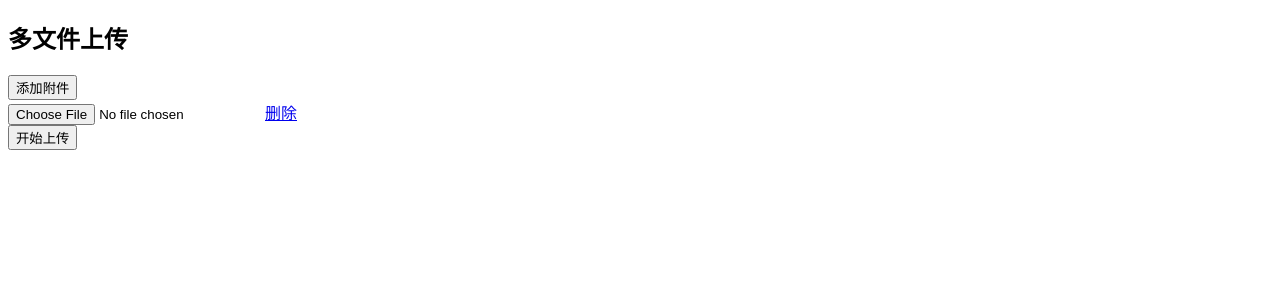
Repository: iamsongpeng/java-web-demo
Page: http://localhost/java-web-demo-upload-01/manyFileUpload.jsp
An editor plug-in stored every save of this project. The page is shown before and after the next save, followed by the edit.
The browser window is 1280 px wide. The pictures show the whole page.
After loading, the first visible `input` was clicked once.
The page is served by Tomcat 9.

Above is the page before, as saved 2017-06-12 04:34:41.

After the next save:
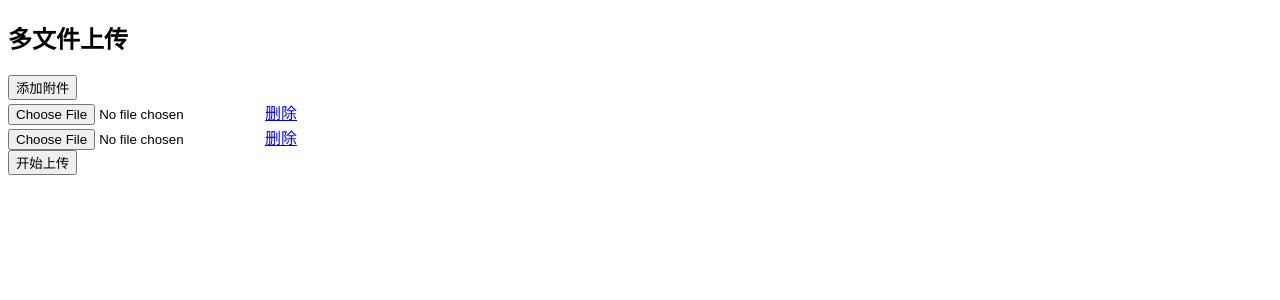
Saved 6 s later.
--- a/java-web-demo-upload-01/WebContent/manyFileUpload.jsp
+++ b/java-web-demo-upload-01/WebContent/manyFileUpload.jsp
@@ -8,7 +8,7 @@
 <script type="text/javascript">
 	function addItem() {
 		var uploadDiv = document.getElementById("uploadDiv");
-		uploadDiv.innerHTML = '<div> <input type="file" name="uploadfile"> <a href="javascript:void(0)" onclick="delItem(this)">删除</a>	</div>';
+		uploadDiv.innerHTML += '<div> <input type="file" name="uploadfile"> <a href="javascript:void(0)" onclick="delItem(this)">删除</a>	</div>';
 
 	}
 </script>
